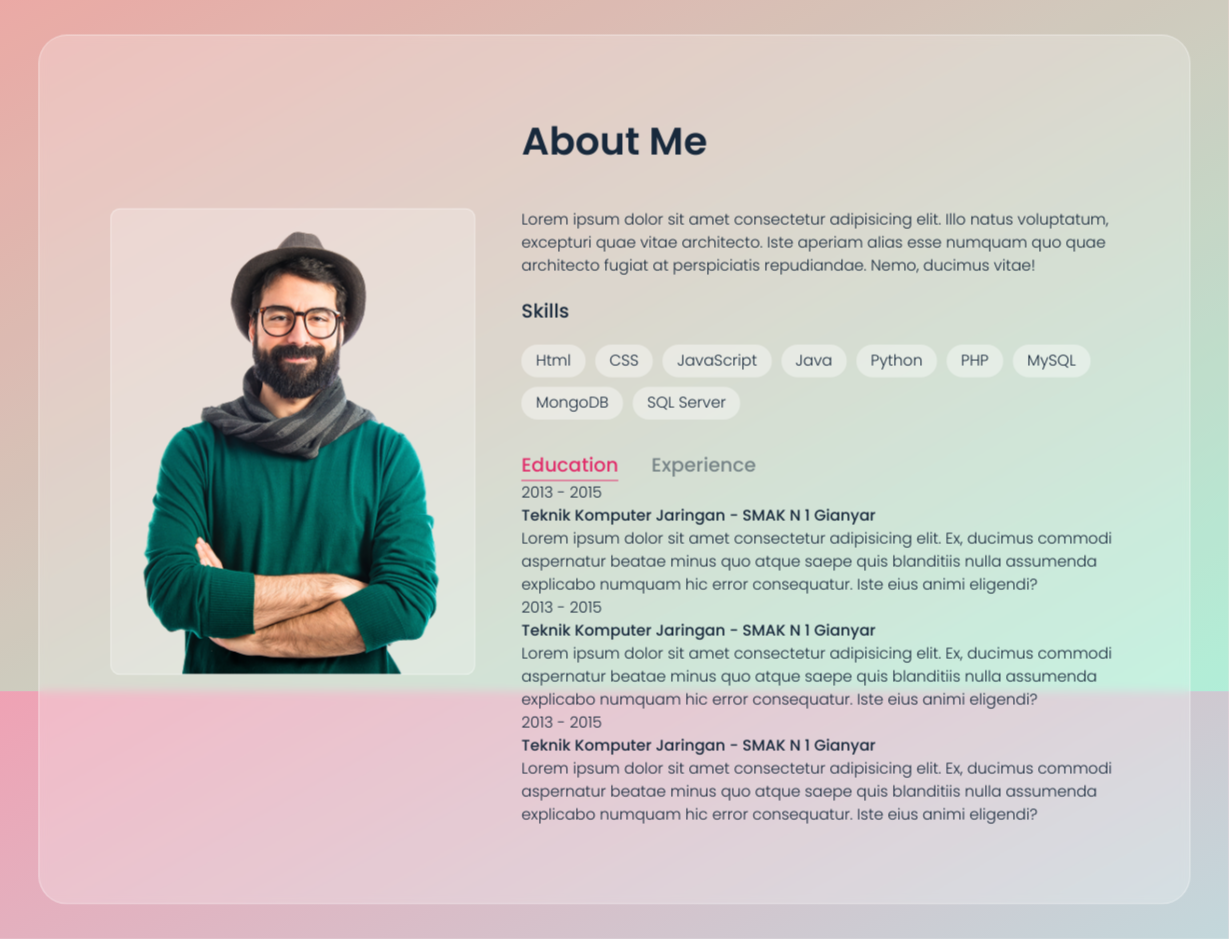
Repository: dewaary/Glassmorp-me
Page: index.html
The author's editor kept a copy of each file at every save. The page is drawn from the files as they stood at one save, then again after the next save.
The browser window is 1280 px wide. The pictures show the whole page, at 96% of full size.
Backgrounds fixed to the window are drawn as part of the page.

Above is the page before, as saved 2021-05-25 22:52:29.
Not found: js/script,js

After the next save:
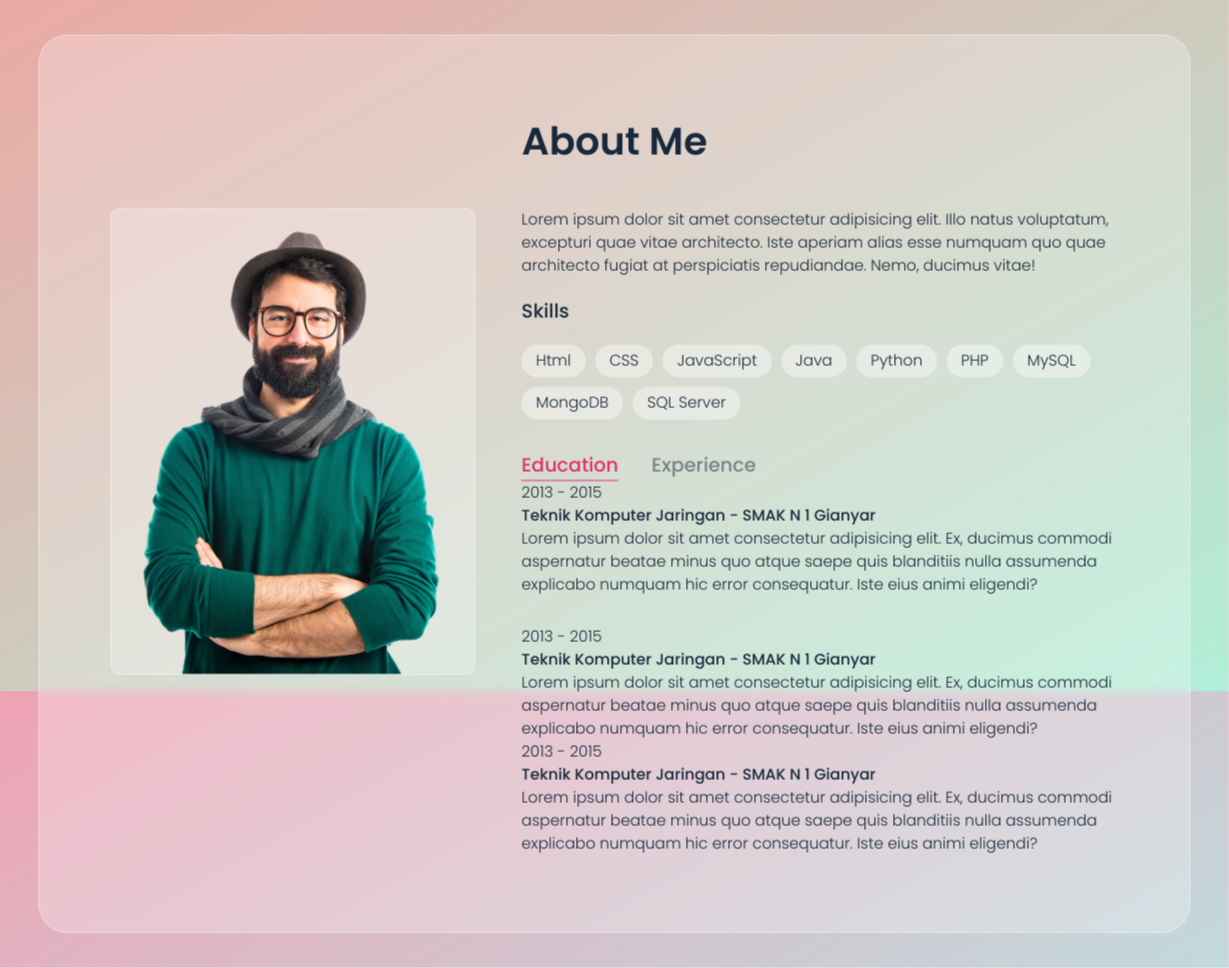
Saved 26 s later.
--- a/index.html
+++ b/index.html
@@ -67,7 +67,7 @@
                         </div>
                         <div class="tab-content" id="education">
                             <div class="timeline">
-                                <div class="timline-item">
+                                <div class="timeline-item">
                                     <span class="date">2013 - 2015</span>
                                     <h4>Teknik Komputer Jaringan - <span>SMAK N 1 Gianyar</span></h4>
                                     <p>Lorem ipsum dolor sit amet consectetur adipisicing elit. Ex, ducimus commodi
